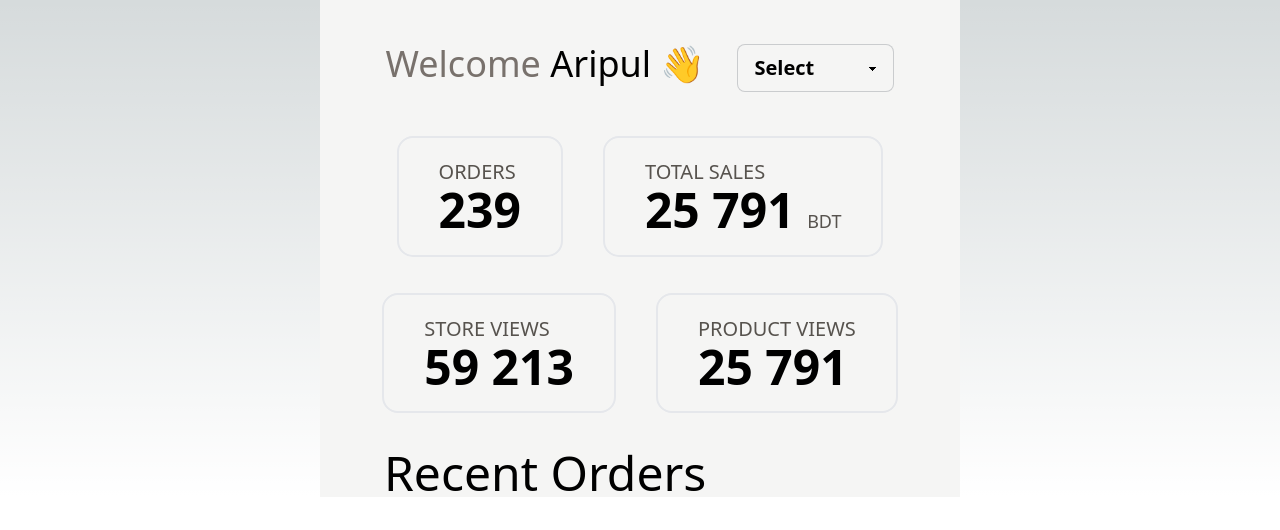
Repository: mehedi9465/nextapp
Page: /Dashboard
These files come from the project's save history. The page is drawn as it stood at one moment and after the next save; the edit follows.
The browser window is 1280 px wide. The pictures show the whole page.
The project was rebuilt for these pictures with package versions that can differ from the ones it lists, and the page was loaded fresh each time. The framework's server and built-in components were replaced by stand-ins that run in the browser. Also part of the build but not shown: next.config.js, Components/Navbar.js.

Above is the page before, as saved 2023-03-04 15:53:10.

### pages/Dashboard/index.js
import Navbar from "@/Components/Navbar";
import Link from "next/link";
import React from "react";

const index = () => {
  return (
    <>
      {/* <Navbar></Navbar> */}

      <div className="max-w-screen-sm mx-auto bg-stone-100 text-black overflow-hidden">
        <div className="flex justify-center py-2 my-9">
          <p className="text-4xl mx-4">
            <span className="text-stone-500">Welcome</span> Aripul 👋
          </p>
          <select className="select select-bordered text-xl max-w-xs bg-stone-100 outline-0 mx-4">
            <option disabled selected>
              Select
            </option>
            <option>Today</option>
            <option>Yesterday</option>
          </select>
        </div>
        <div className="flex justify-center my-9">
          <div className="border-2 rounded-2xl justify-start mx-5 px-10 py-5">
            <p className="uppercase text-stone-600 font-normal text-xl">
              Orders
            </p>
            <p className="text-5xl font-bold">239</p>
          </div>
          <div className="border-2 rounded-2xl justify-start mx-5 px-10 py-5 text-left">
            <p className="uppercase text-stone-600 font-normal text-xl">
              Total Sales
            </p>
            <p className="text-5xl font-bold">
              25 791{" "}
              <span className="text-stone-600 font-medium text-lg">BDT</span>
            </p>
          </div>
        </div>
        <div className="flex justify-center my-9">
          <div className="border-2 rounded-2xl justify-start mx-5 px-10 py-5">
            <p className="uppercase text-stone-600 font-normal text-xl">
              Store views
            </p>
            <p className="text-5xl font-bold">59 213</p>
          </div>
          <div className="border-2 rounded-2xl justify-start mx-5 px-10 py-5 text-left">
            <p className="uppercase text-stone-600 font-normal text-xl">
              Product views
            </p>
            <p className="text-5xl font-bold">25 791</p>
          </div>
        </div>
        <div>
          <h1 className="text-5xl mx-16">Recent Orders</h1>
        </div>
      </div>
    </>
  );
};

export default index;

Loaded but not shown: pages/_app.js (common file); pages/_document.js (common file); styles/globals.css (common file); tailwind.config.js (common file)

After the next save:
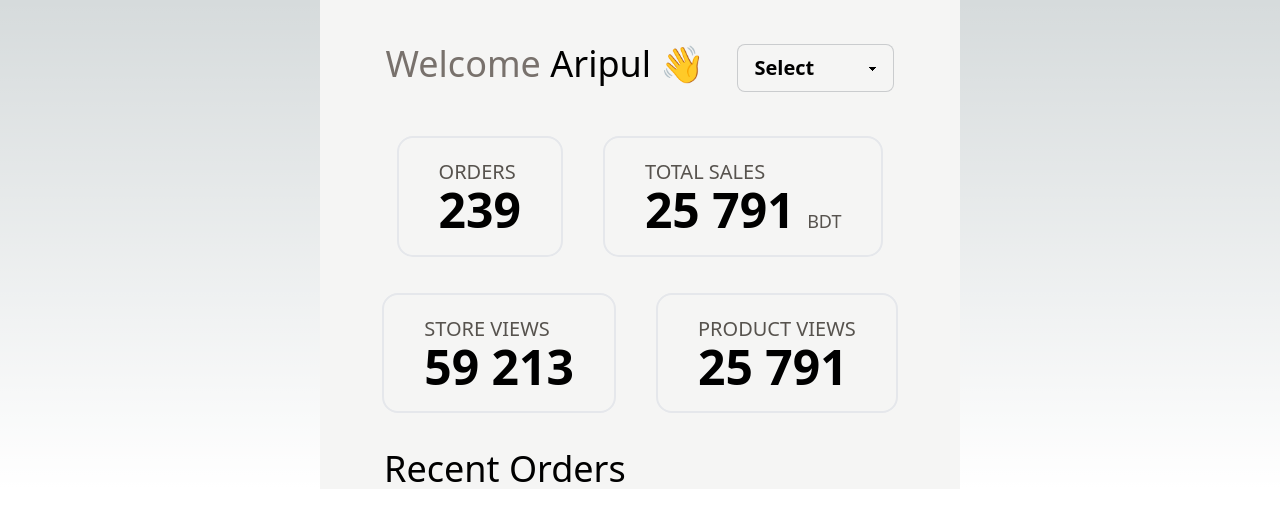
Saved 7 s later.
--- a/pages/Dashboard/index.js
+++ b/pages/Dashboard/index.js
@@ -52,7 +52,7 @@ const index = () => {
           </div>
         </div>
         <div>
-          <h1 className="text-5xl mx-16">Recent Orders</h1>
+          <h1 className="text-4xl mx-16">Recent Orders</h1>
         </div>
       </div>
     </>
